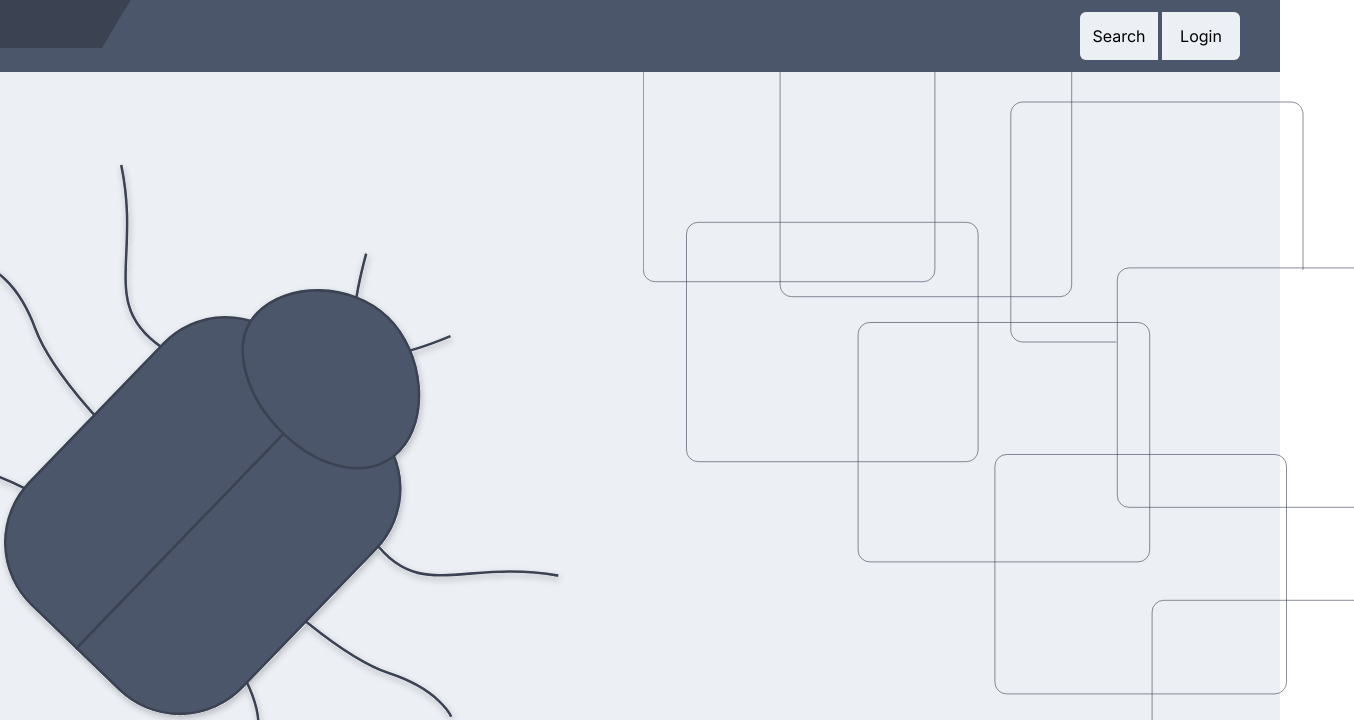
Repository: Qu4ntumGuy/project-bug
Page: /
These files come from the project's save history. The page is drawn as it stood at one moment and after the next save; the edit follows.
The browser window is 1280 px wide. The page is 1354 px wide, then 1280 px, so the pictures cover 1354 px, including what lies to the right of the window. The pictures show the whole page.
The project was rebuilt for these pictures with package versions that can differ from the ones it lists, and the page was loaded fresh each time. The framework's server and built-in components were replaced by stand-ins that run in the browser. Also part of the build but not shown: next.config.mjs.

Above is the page before, as saved 2024-02-11 23:34:57.

### src/app/layout.js
import { Inter } from "next/font/google";
import "./globals.css";

const inter = Inter({ subsets: ["latin"] });

export default function RootLayout({ children }) {
  return (
    <html lang="en">
      <head>
        <title>Project-bug</title>
        <meta name="description" content="Description goes here." />
        <link rel="preconnect" href="https://fonts.googleapis.com" />
        <link rel="preconnect" href="https://fonts.gstatic.com" crossorigin />
        <link
          href="https://fonts.googleapis.com/css2?family=Fira+Code:wght@300;400;500;600&display=swap"
          rel="stylesheet"
        />
      </head>
      <body className={inter.className}>{children}</body>
    </html>
  );
}

### src/app/page.js
import Navbar from "@/components/Navbar";
import Image from "next/image";
import bug from "../../public/Bug.svg";
import bgdesign from "../../public/bgDesign.svg";
import bgmain from "../../public/bg-main.svg";

export default function Home() {
  const bgimg = "/Bug.svg";
  return (
    <div className="h-screen bg-[#ECEFF4] ">
      <Navbar />
      <div className="flex justify-between h-[90%]">
        <Image className="" src={bug} alt="bug" />
        <Image className=" top-1 w-[100%]" src={bgdesign} alt="bgdesign" />
        {/* <div className="">
          <Image src={bug} alt="bug" />
        </div>
        <div className="">
          <Image src={bgdesign} alt="bgdesign" />
        </div> */}
      </div>
    </div>
  );
}

### src/app/globals.css
@tailwind base;
@tailwind components;
@tailwind utilities;

/* :root {
  --foreground-rgb: 0, 0, 0;
  --background-start-rgb: 214, 219, 220;
  --background-end-rgb: 255, 255, 255;
} */

/* @media (prefers-color-scheme: dark) {
  :root {
    --foreground-rgb: 255, 255, 255;
    --background-start-rgb: 0, 0, 0;
    --background-end-rgb: 0, 0, 0;
  }
} */

body {
  color: rgb(var(--foreground-rgb));
  background: rgba(255, 255, 255, 1);
  font-family: 'Fira Code', monospace;
}

@font-face {
  font-family: "Fira Code";
  src: url("../../public/font/FiraCode-VariableFont_wght.ttf")
    format("truetype");
}


/* @layer utilities {
  .text-balance {
    text-wrap: balance;
  }
} */

### src/components/Navbar.js
import Image from "next/image";
import reactangle from "../../public/Rectangle 5.svg";

export default function Navbar() {
  return (
    <nav className="h-[10%] w-full bg-[#4C566A] flex justify-end">
      <div className="absolute flex -left-1 -top-1">
        <Image
          src={reactangle}
          alt="reactangle"
          height={52}
          className=" rounded-md"
        />
      </div>
      <div className="flex m-3 w-40 mr-10 justify-between">
        <div className="flex bg-[#ECEFF4] w-full mr-1 rounded-l-md items-center justify-center align-middle">
          <button>Search</button>
        </div>
        <div className="flex bg-[#ECEFF4] w-full rounded-r-md items-center justify-center align-middle">
          <button>Login</button>
        </div>
      </div>
    </nav>
  );
}

Loaded but not shown: tailwind.config.js (common file)

After the next save:
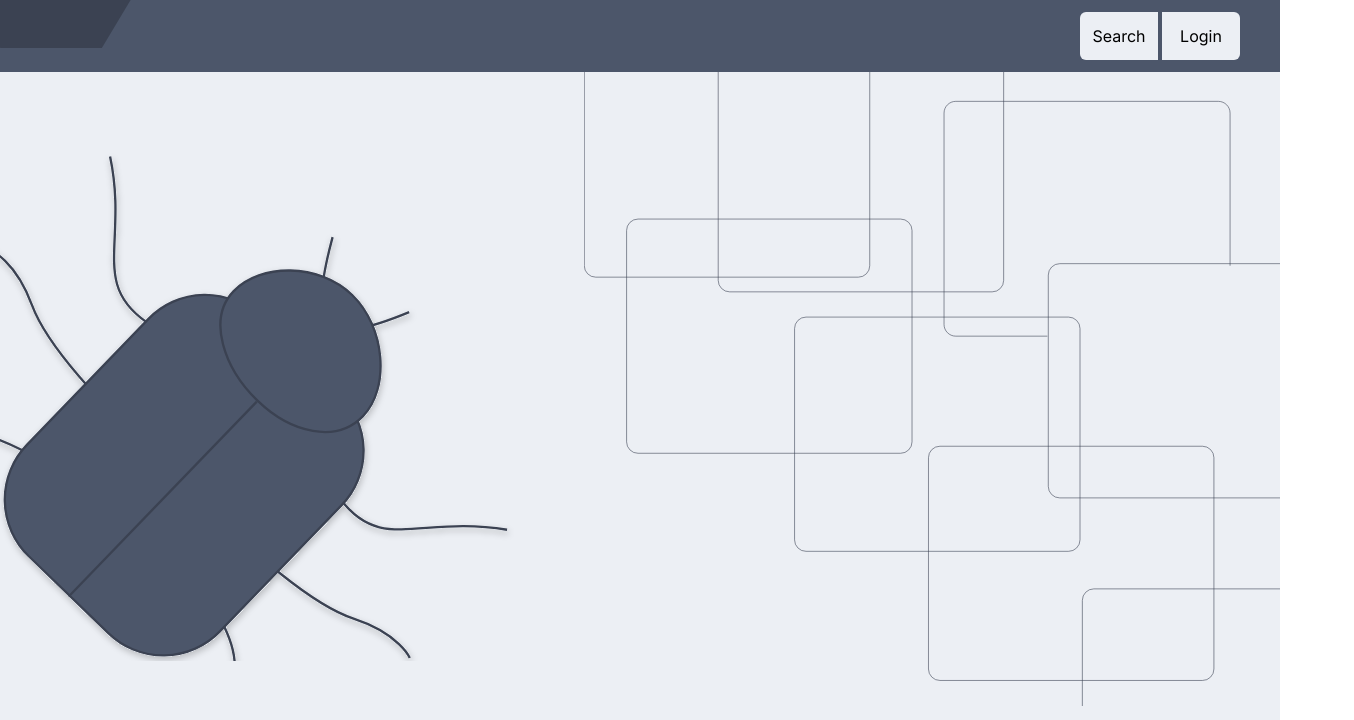
Saved 51 s later.
--- a/src/app/page.js
+++ b/src/app/page.js
@@ -10,14 +10,14 @@ export default function Home() {
     <div className="h-screen bg-[#ECEFF4] ">
       <Navbar />
       <div className="flex justify-between h-[90%]">
-        <Image className="" src={bug} alt="bug" />
-        <Image className=" top-1 w-[100%]" src={bgdesign} alt="bgdesign" />
-        {/* <div className="">
+        {/* <Image className="" src={bug} alt="bug" />
+        <Image className=" top-1 w-[100%]" src={bgdesign} alt="bgdesign" /> */}
+        <div className="">
           <Image src={bug} alt="bug" />
         </div>
         <div className="">
           <Image src={bgdesign} alt="bgdesign" />
-        </div> */}
+        </div>
       </div>
     </div>
   );
